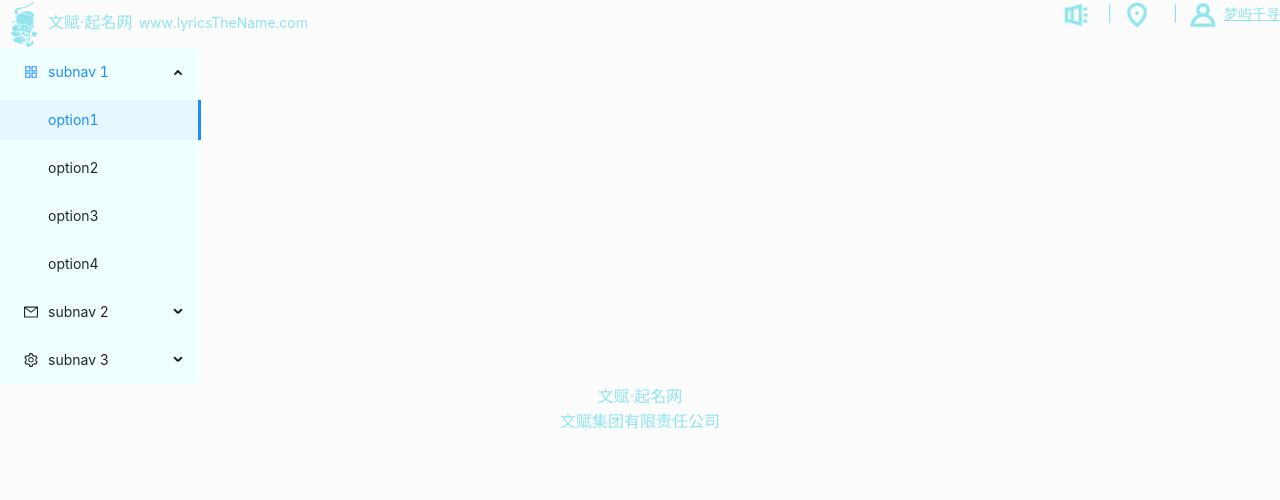
Repository: fangxueliang/react-redux-
Page: /
An editor plug-in stored every save of this project. The page is shown before and after the next save, followed by the edit.
The browser window is 1280 px wide. The pictures show the whole page.
The project was rebuilt for these pictures with package versions that can differ from the ones it lists, and the page was loaded fresh each time.

Above is the page before, as saved 2020-12-30 12:43:12.

After the next save:
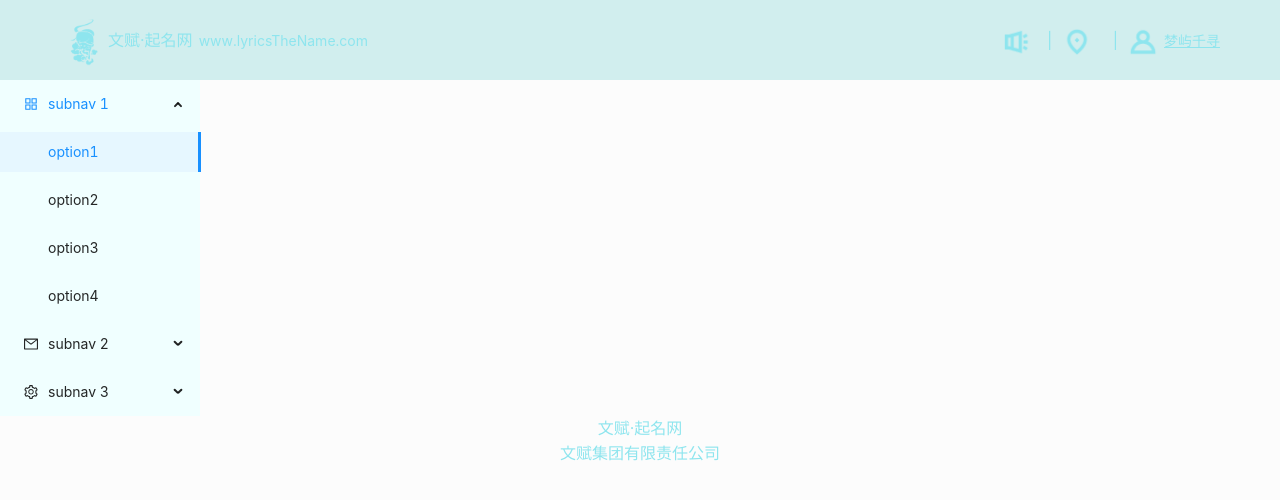
Saved 8 s later.
--- a/src/Pages/index.js
+++ b/src/Pages/index.js
@@ -10,8 +10,8 @@ export const Main = () => {
 
         <div className="Home_layout">
             {/* 头部header */}
-            <div >
-                <div> <HeaderCommon /> </div>
+            <div className="Home_header">
+                <HeaderCommon />
             </div>
             <div >
 
